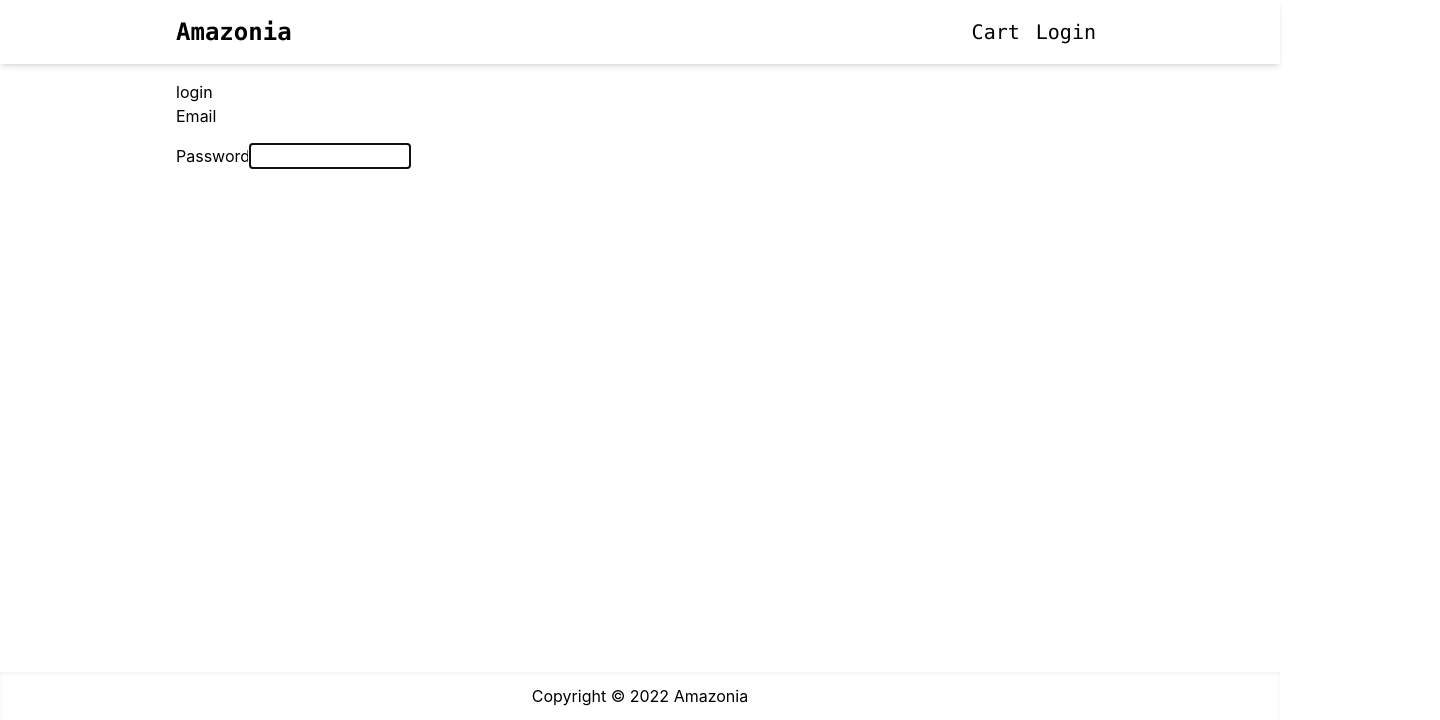
Repository: chidieb11/shop
Page: /login
The author's editor kept a copy of each file at every save. The page is drawn from the files as they stood at one save, then again after the next save.
The browser window is 1280 px wide. The page is 1440 px wide, so the pictures cover 1440 px, including what lies to the right of the window. The pictures show the whole page.
The project was rebuilt for these pictures with package versions that can differ from the ones it lists, and the page was loaded fresh each time. The framework's server and built-in components were replaced by stand-ins that run in the browser. Also part of the build but not shown: next.config.js.

Above is the page before, as saved 2022-06-27 19:46:32.

After the next save:
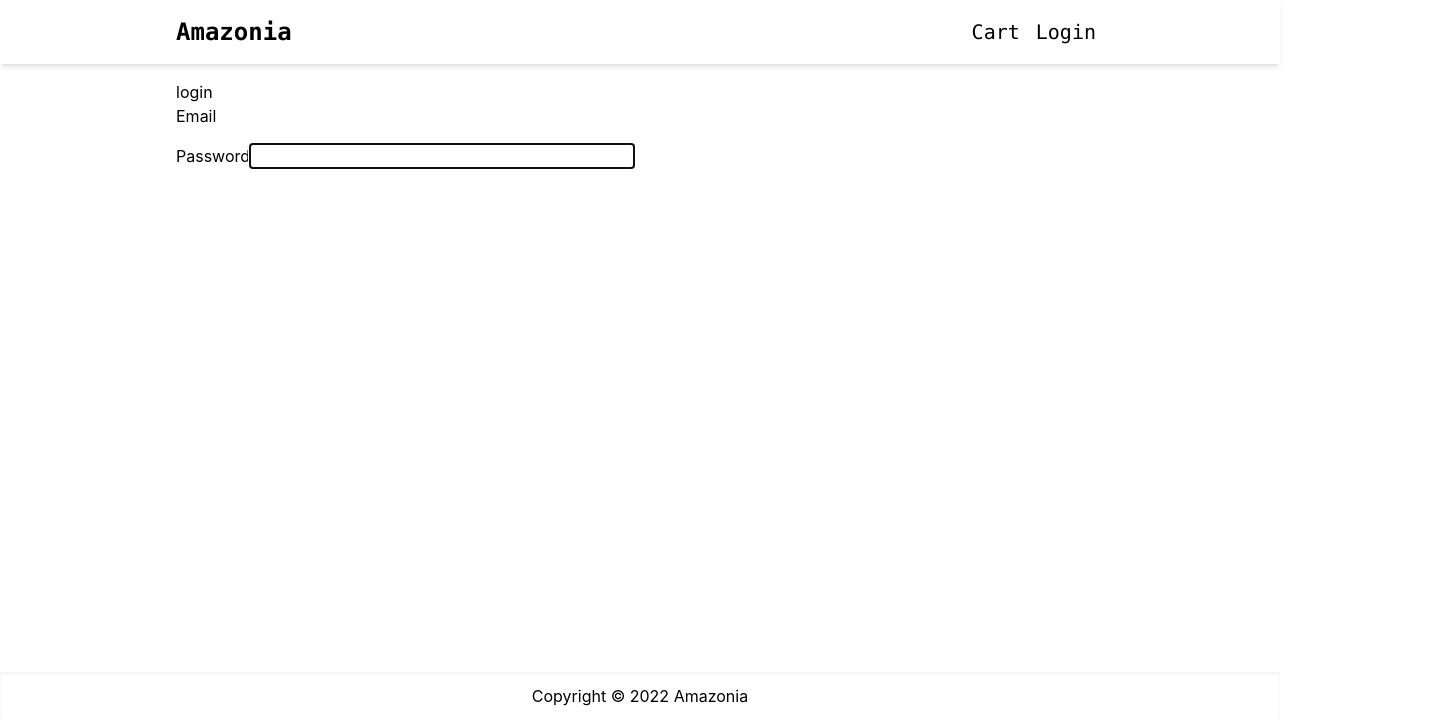
Saved 6 s later.
--- a/pages/login.js
+++ b/pages/login.js
@@ -45,7 +45,7 @@ const Login = () => {
                 message: "Password must be at least 6 characters long!",
               },
             })}
-            className="w-40"
+            className="w-96"
             id="password"
             autoFocus
           />
